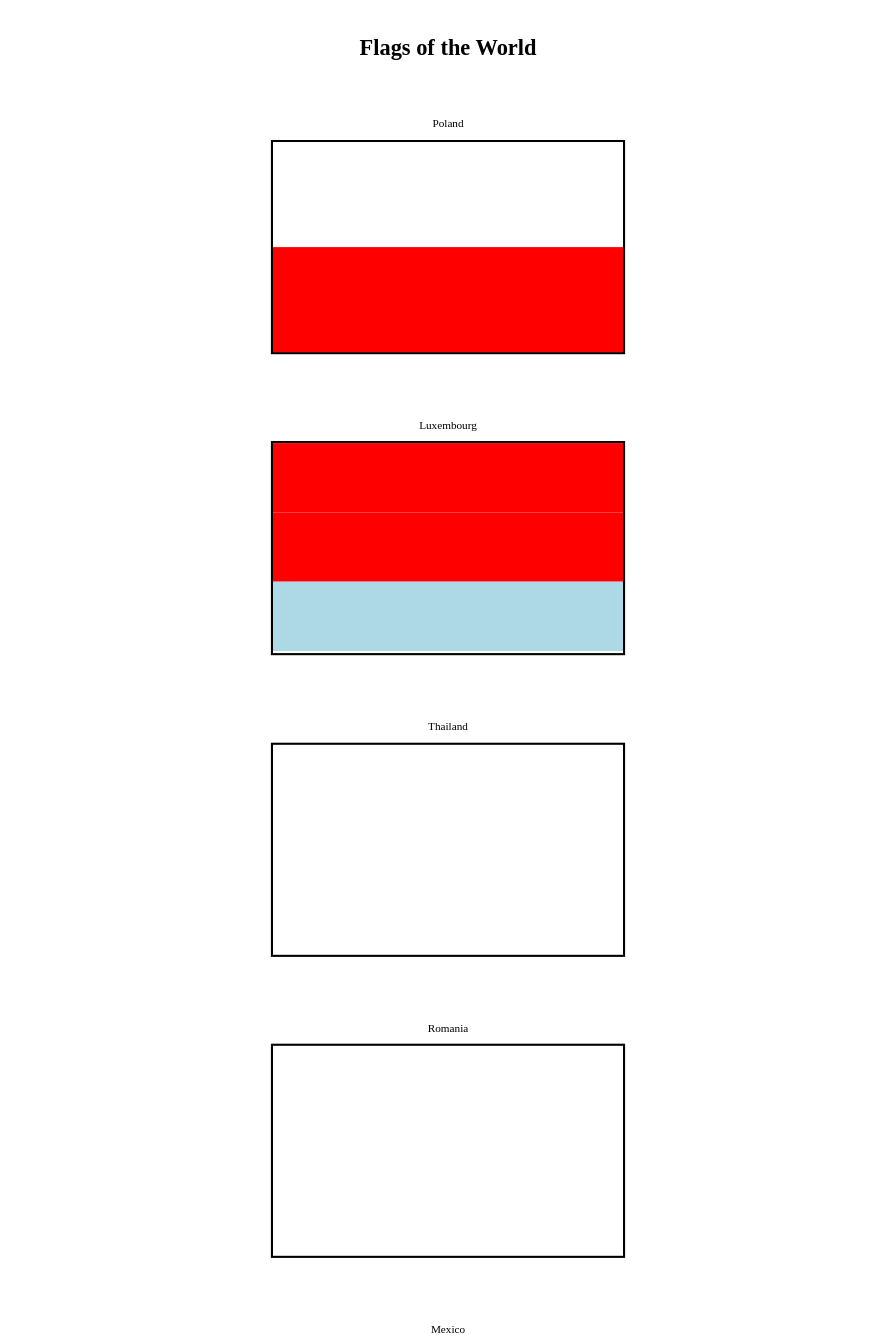
Repository: fullstack-decal-fa22/hw2-jiachenofsun
Page: index.html
The author's editor kept a copy of each file at every save. The page is drawn from the files as they stood at one save, then again after the next save.
The browser window is 1280 px wide. The pictures show the part of the page from y = 0 to 1920 px (the page is 5389 px tall), at 70% of full size.

Above is the page before, as saved 2022-09-25 15:18:58.

### index.html
<!DOCTYPE html>
<head>
  <head>
    <link rel="stylesheet" href="styles.css">
  </head>

  <h1 id="intro">Flags of the World</h1>

  <br>

  <!--
    Some flags already have some CSS elements added in
    You are expected to finish the rest.
  -->

  <div class="flags">
    <h2 class="label">Poland</h2>
    <div class="flag">
      <div class="white twovert"></div>
      <div class="red twovert"></div>
    </div>

    <h2 class="label">Luxembourg</h2>
    <div class="flag">
      <div class="red threevert"></div>
      <div class="red threevert" id="white"></div>
      <div class="light-blue threevert"></div>
    </div>

    <h2 class="label">Thailand</h2>
    <div class="flag">
      <div class="thailand-red"></div>
      <div class="thailand-white"></div>
      <div class="thailand-blue"></div>
      <div class="thailand-white"></div>
      <div class="thailand-red"></div>
    </div>

    <h2 class="label">Romania</h2>
    <div class="flag" style="">
      <!-- insert flag here -->
    </div>

    <h2 class="label">Mexico</h2>
    <div class="flag">
      <!-- insert flag here -->
    </div>

    <h2>Margin</h2>
    <div class="margin-container">
      <div class="flag"></div>
      <div class="flag"></div>
    </div>

    <h2>Padding</h2>
    <div class="flag black">
      <div class="flag padding-container"></div>
    </div>

    <h3>Challenge (These are optional)</h3>

    <h2>Greece</h2>
    <div class="flag">
      <!-- insert flag here -->
    </div>

    <h2>South Africa</h2>
    <div class="flag">
      <!-- insert flag here -->
    </div>

    <h2>Seychelis</h2>
    <div class="flag">
      <!-- insert flag here -->
    </div>

    <h2>North Macedonia</h2>
    <div class="flag">
      <!-- insert flag here -->
    </div>

    <h2>Finland</h2>
    <div class="flag">
      <!-- insert flag here -->
    </div>
  </div>

### styles.css
/* BEGIN SETUP (you will not need to use these) */
#intro {
  color: rgb(0, 0, 0);
  text-align: center;
  margin: 50px;
}

.flags {
  display: flex;
  flex-direction: column;
  align-items: center;
}

h2 {
  font-size: medium;
  font-weight: 200;
}

/* END SETUP */

/* Classes that you might find useful */
/* You may also have to implement your own classes */

.flag {
  height: 300px;
  width: 500px;
  border-style: solid;
  margin-bottom: 5rem;
}

.twovert {
  height: 50%;
}

.threevert {
  height: 33%;
}

.threehoriz {
  width: 33.3%;
}

.narrow {
  height: 17.5%;
}

.wide {
  height: 30%;
}

.circle {
  border-radius: 50%;
  height: 200px;
  width: 200px;
  position: relative;
  left: 85px;
  top: 50px;
}

/* Colors */

/* QUESTION 1 */

.orange {
  background-color: orange;
}

.yellow {
  background-color: yellow;
}

.green {
  background-color: green;
}

.blue {
  background-color: blue;
}

.light-blue {
  background-color: lightblue;
}

.purple {
  background-color: purple;
}

.white {
  background-color: #fff;
}

.black {
  background-color: #000;
}

.white {
  background-color: white;
}

.red {
  background-color: red;
}

/* BEGIN QUESTION 2 */

.thailand-red {
  /* TODO */
}

.thailand-white {
  /* TODO */
}

.thailand-blue {
  /* TODO */
}

/* END QUESTION 2 */

/* BEGIN QUESTION 3 */

.romania-blue {
  background-color: #002c84;
}

.romania-yellow {
  background-color: #ffcf00;
}

.romania-red {
  background-color: #e10017;
}

/* END QUESTION 3 */

/* QUESTION 4 */
.mexico-green {
  background-color: #006341;
}

.mexico-img {
  /* TODO */
}

.mexico-red {
  background-color: #ce1126;
}

/* QUESTION 6 */
.margin-container {
  height: 300px;
  width: 1030px;
  border-style: solid;
  margin-bottom: 5rem;
  display: flex;
  justify-content: center;
}

/* For margin practice */
.flag1 {
  background-color: red;
  /* TODO */
}

.flag2 {
  background-color: blue;
  /* TODO */
}

/* For padding practice */
.padding-container {
  box-sizing: border-box;
  background-color: lightblue;
  background-clip: content-box, padding-box;
  /* TODO */
}

After the next save:
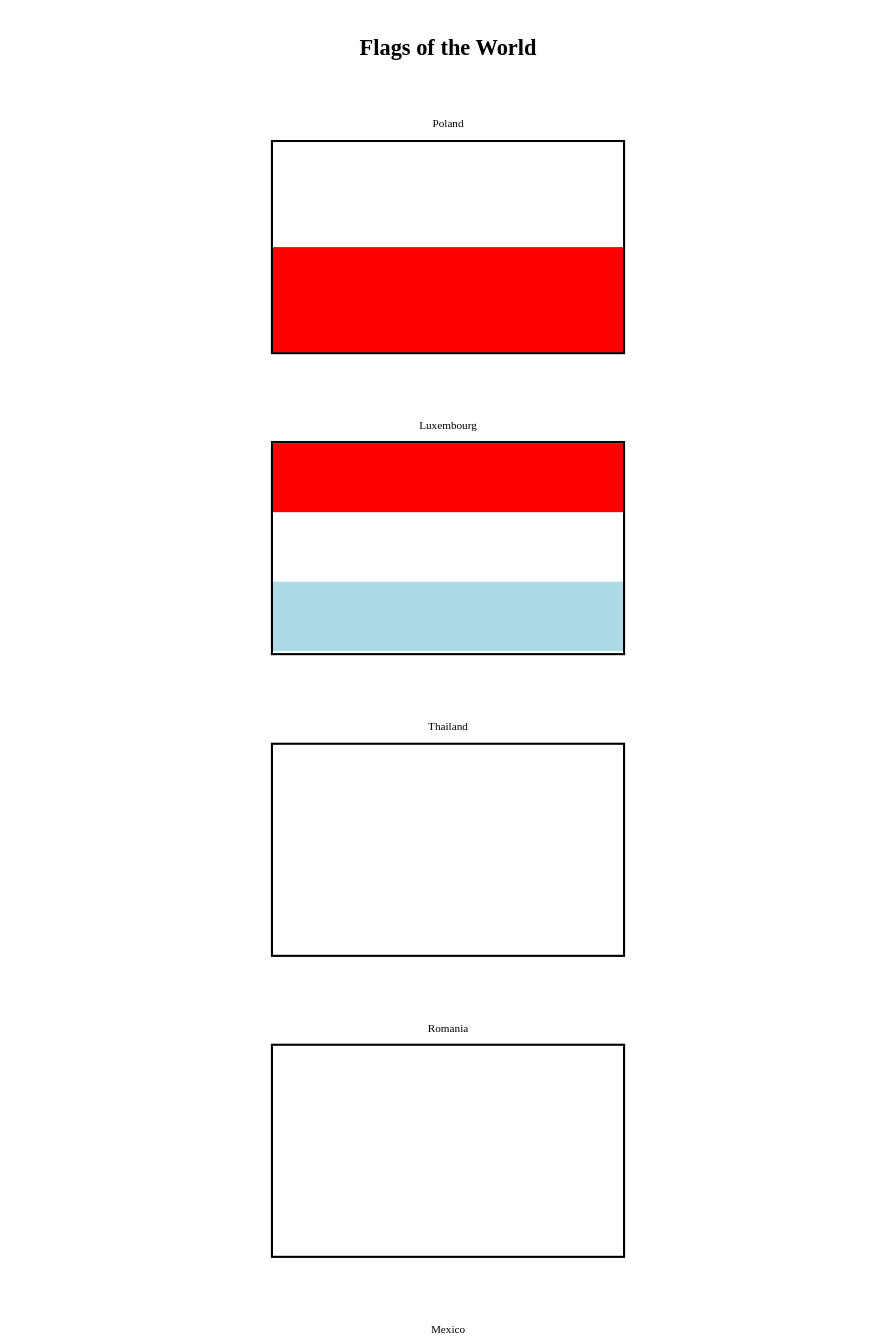
Saved 24 s later.
--- a/styles.css
+++ b/styles.css
@@ -101,6 +101,10 @@
   background-color: red;
 }
 
+#white {
+  background-color: white;
+}
+
 /* BEGIN QUESTION 2 */
 
 .thailand-red {
